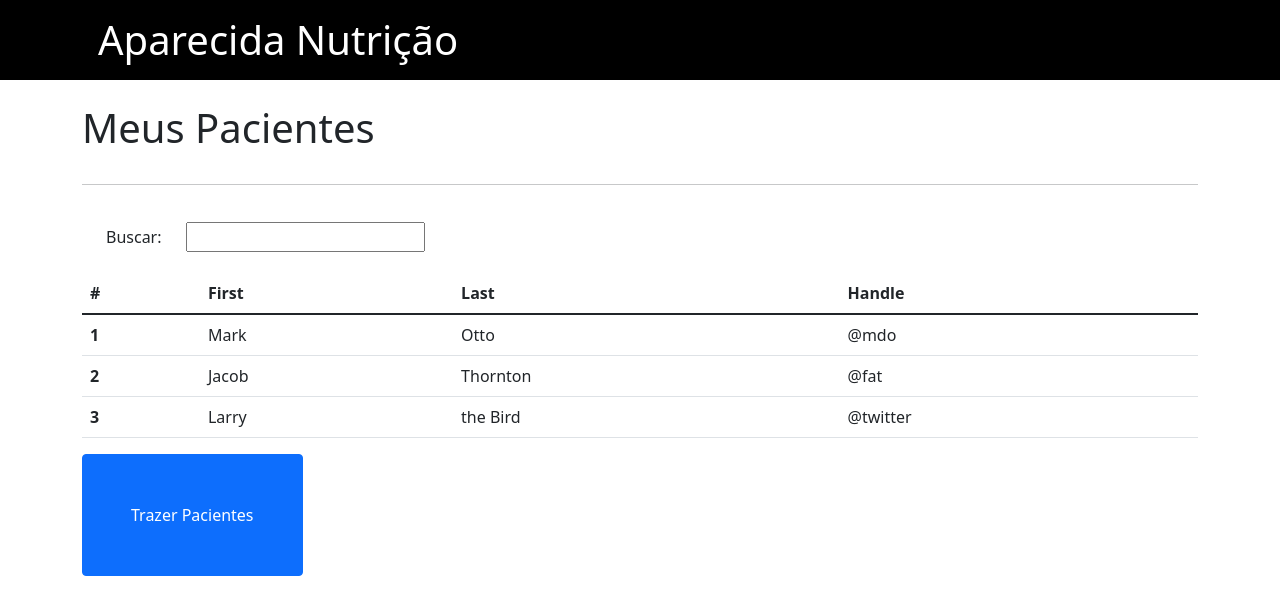
Repository: eversonps/app-paciente
Page: / (app in frontend/)
An editor plug-in stored every save of this project. The page is shown before and after a run of saves, followed by the edit.
The browser window is 1280 px wide. The pictures show the whole page.
The project was rebuilt for these pictures with package versions that can differ from the ones it lists, and the page was loaded fresh each time.

Above is the page before, as saved 2022-03-28 14:02:08.

After the next 3 saves:
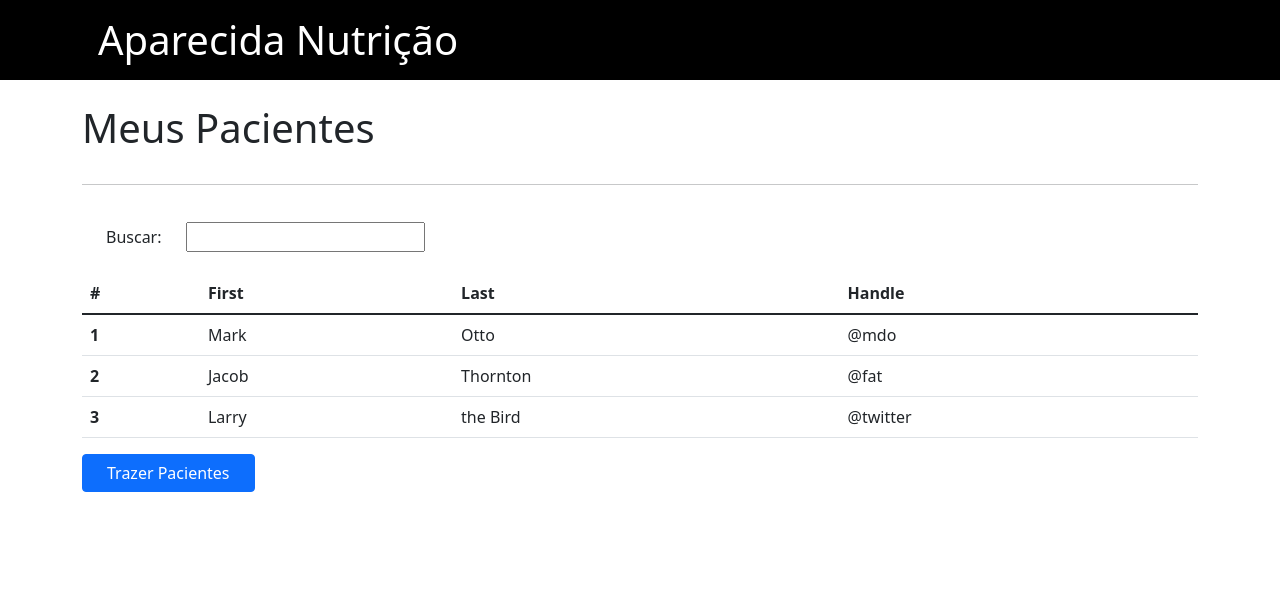
The 3 saves are shown as one change because they came seconds apart.
The last was saved 10 s later.
--- a/frontend/src/Templates/Table.jsx
+++ b/frontend/src/Templates/Table.jsx
@@ -32,7 +32,7 @@ export default props => (
             </tr>
             </tbody>
         </table>
-        <a class="btn btn-primary p-5" href="#" role="button">Trazer Pacientes</a>
+        <a class="btn btn-primary px-4" href="#" role="button">Trazer Pacientes</a>
     </div>
 
 )
